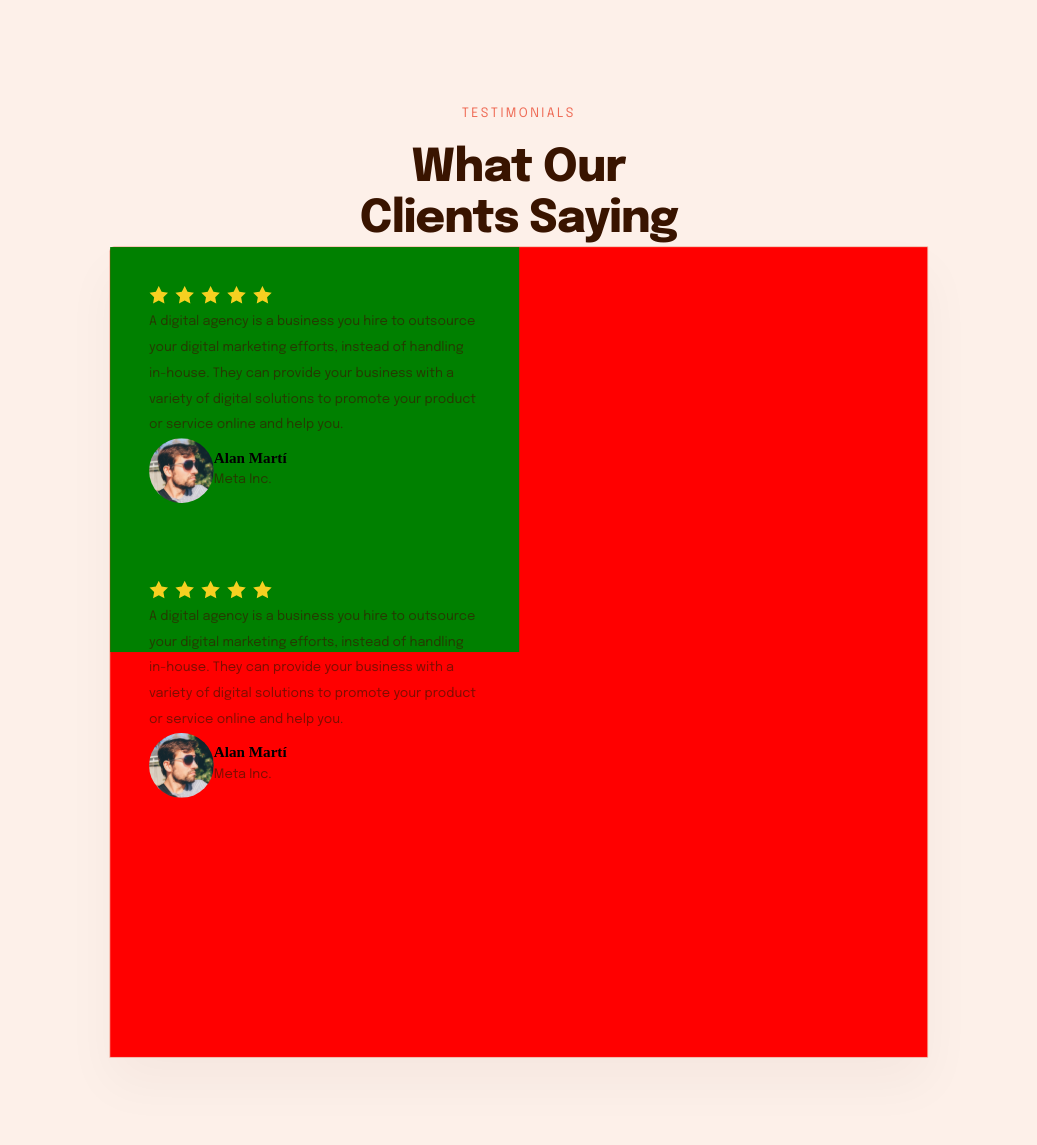
Repository: simralgasimov/task
Page: index.html
These files come from the project's save history. The page is drawn as it stood at one moment and after a run of saves; the edit follows.
The browser window is 1280 px wide. The pictures show the whole page, at 81% of full size.

Above is the page before, as saved 2023-09-06 13:39:54.

### index.html
<!DOCTYPE html>
<html lang="en">

<head>
  <meta charset="UTF-8" />
  <meta name="viewport" content="width=device-width, initial-scale=1.0" />
  <title>Document</title>
  <link rel="stylesheet" href="index.css" />
</head>

<body>
  <div class="container">
    <h1>Testimonials</h1>
    <h2> What Our <br /> Clients Saying </h2>
    <div class="comment">
      <div class="left-box">
        <div class="box">
          <img src="./img/star.svg" alt="" />
          <p> A digital agency is a business you hire to outsource your digital marketing efforts, instead of handling
            in-house. They can provide your business with a variety of digital solutions to promote your product or
            service online and help you. </p>
          <div class="user">
            <img src="./img/Oval.svg" alt="">
            <div class="user-info">
              <h3>Alan Martí</h3>
              <p>Meta Inc.</p>
            </div>
          </div>
        </div>
        <div class="box">
          <div class="box-2">
            <img src="./img/star.svg" alt="" />
            <p> A digital agency is a business you hire to outsource your digital marketing efforts, instead of handling
              in-house. They can provide your business with a variety of digital solutions to promote your product or
              service online and help you. </p>
            <div class="user">
              <img src="./img/Oval.svg" alt="">
              <div class="user-info">
                <h3>Alan Martí</h3>
                <p>Meta Inc.</p>
              </div>
            </div>
          </div>
        </div>
      </div>
      <div class="right-box"></div>
    </div>
</body>

</html>

### index.css
@import url("https://fonts.googleapis.com/css2?family=Epilogue:wght@400;700;800;900&display=swap");

* {
  margin: 0;
  padding: 0;
  box-sizing: border-box;
}

.container {
  background: #fdf0e9;
  padding: 124px 134px 108px 135px;
}

.container h1 {
  color: var(--Text_Dark_Accent, #ef6d58);
  text-align: center;
  font-feature-settings: "clig" off, "liga" off;
  font-family: Epilogue;
  font-size: 16px;
  font-style: normal;
  font-weight: 400;
  line-height: 32px;
  letter-spacing: 3px;
  text-transform: uppercase;
}

.container h2 {
  margin-top: 20px;
  color: var(--Text_Dark, #391400);
  text-align: center;
  font-feature-settings: "clig" off, "liga" off;
  font-family: Epilogue;
  font-size: 56px;
  font-style: normal;
  font-weight: 800;
  line-height: 64px;
  letter-spacing: -1px;
}

.container .comment {
  background-color: red;

  border-radius: 6px 0px 0px 0px;
  border: 1px solid #f3d1bf;
  box-shadow: 0px 32px 64px 0px rgba(57, 20, 0, 0.04);
}
.container .comment .left-box,
.container .comment .right-box {
  width: 50%;
  height: 500px;
}
.left-box {
  background-color: green;
}
.container .comment .box {
  padding: 48px;
}



.container .comment .box p {
  color: var(--Text_Dark_Gray, rgba(57, 20, 0, 0.64));
  font-feature-settings: "clig" off, "liga" off;
  font-family: Epilogue;
  font-size: 16px;
  font-style: normal;
  font-weight: 400;
  line-height: 32px;
}
.container .comment .box .user {
    display: flex;
    align-items: center;
  }

  .container .comment .box .user  .user-info h3{
    display: flex;
    align-items: center;
  }

After the next 4 saves:
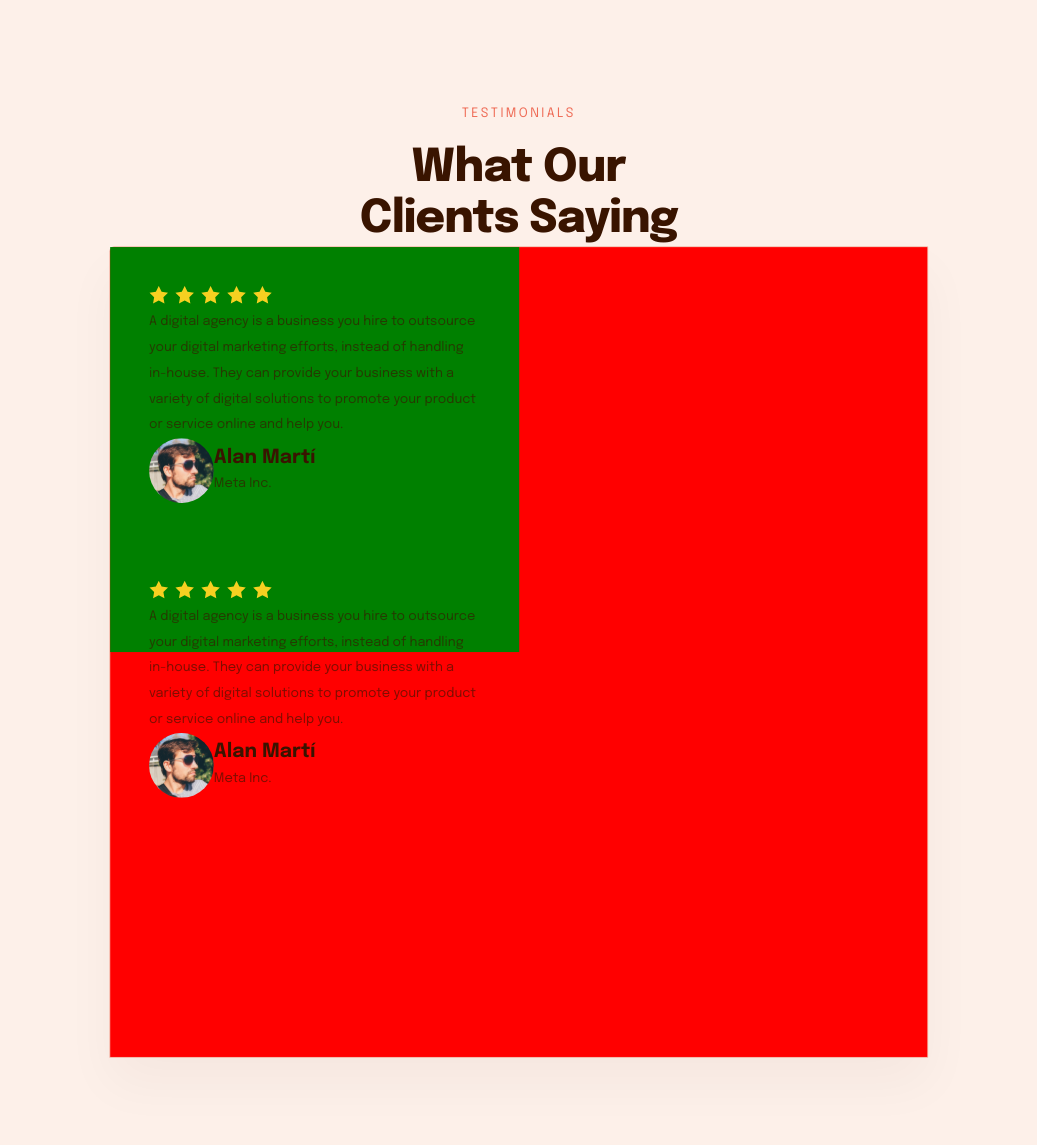
The 4 saves are shown as one change because they came seconds apart.
The last was saved 16 s later.
--- a/index.css
+++ b/index.css
@@ -73,6 +73,11 @@
   }
 
   .container .comment .box .user  .user-info h3{
-    display: flex;
-    align-items: center;
+    color: var(--Text_Dark, #391400);
+    font-feature-settings: 'clig' off, 'liga' off;
+    font-family: Epilogue;
+    font-size: 24px;
+    font-style: normal;
+    font-weight: 700;
+    line-height: 32px;
   }
